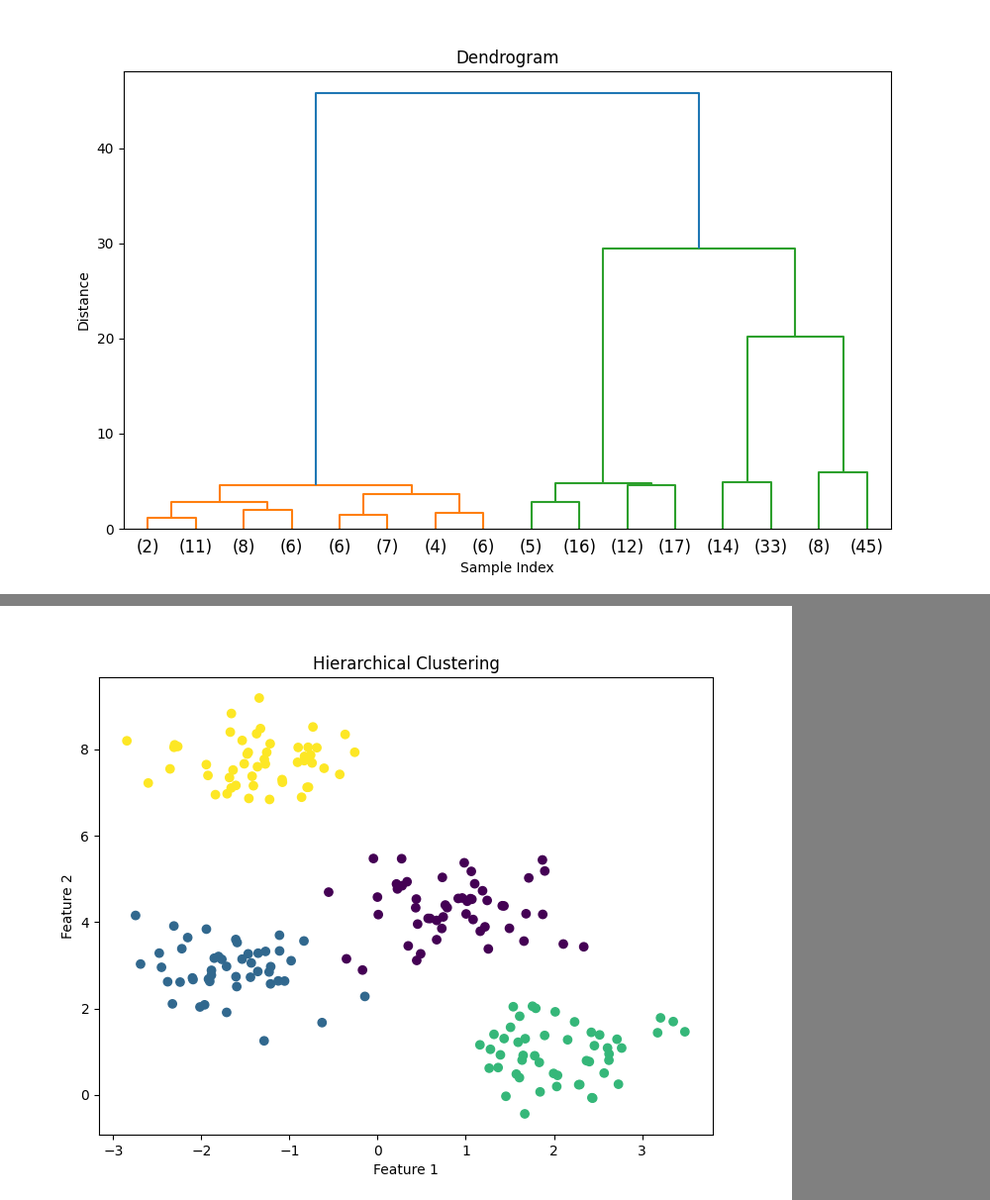
Repository: pankajchopra/Clustering
Script's output: python hierarchicalclostering.py
These files come from the project's save history. The script's output is drawn as it stood at one moment and after the next save; the edit follows.
The pictures are shown at 99% of full size.
Each picture stacks the figures in order, with grey between them; figures that are only written to a file come last. Random numbers start from a fixed seed.

Above is the script's output before, as saved 2024-05-11 22:19:24.

### hierarchicalclostering.py
import numpy as np
import matplotlib.pyplot as plt
from scipy.cluster.hierarchy import dendrogram, linkage
from sklearn.datasets import make_blobs
from sklearn.cluster import AgglomerativeClustering

# Generate sample data
X, y = make_blobs(n_samples=200, centers=4, cluster_std=0.6, random_state=0)

# Calculate the linkage matrix
Z = linkage(X, method='ward')

# Plot the dendrogram
plt.figure(figsize=(10, 6))
dendrogram(Z, truncate_mode='level', p=3)
plt.xlabel("Sample Index")
plt.ylabel("Distance")
plt.title("Dendrogram")
plt.show()

# Fit the AgglomerativeClustering model
clustering = AgglomerativeClustering(n_clusters=4, linkage='complete')
cluster_labels = clustering.fit_predict(X)

# Plot the clustering results
plt.figure(figsize=(8, 6))
plt.scatter(X[:, 0], X[:, 1], c=cluster_labels)
plt.title("Hierarchical Clustering")
plt.xlabel("Feature 1")
plt.ylabel("Feature 2")
plt.show()

After the next save:
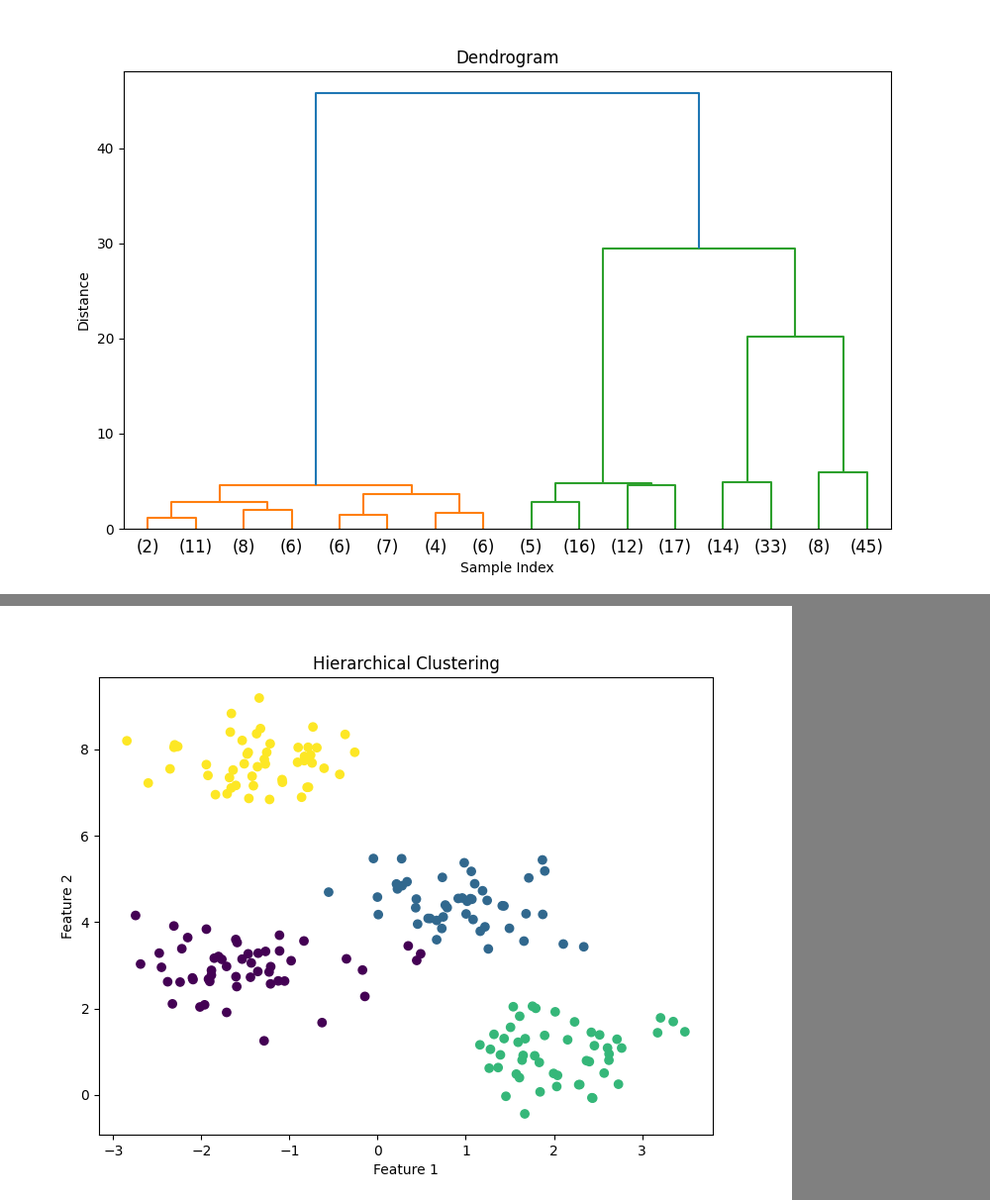
Saved 27 s later.
--- a/hierarchicalclostering.py
+++ b/hierarchicalclostering.py
@@ -19,7 +19,7 @@ plt.title("Dendrogram")
 plt.show()
 
 # Fit the AgglomerativeClustering model
-clustering = AgglomerativeClustering(n_clusters=4, linkage='complete')
+clustering = AgglomerativeClustering(n_clusters=4, linkage='ward')
 cluster_labels = clustering.fit_predict(X)
 
 # Plot the clustering results
